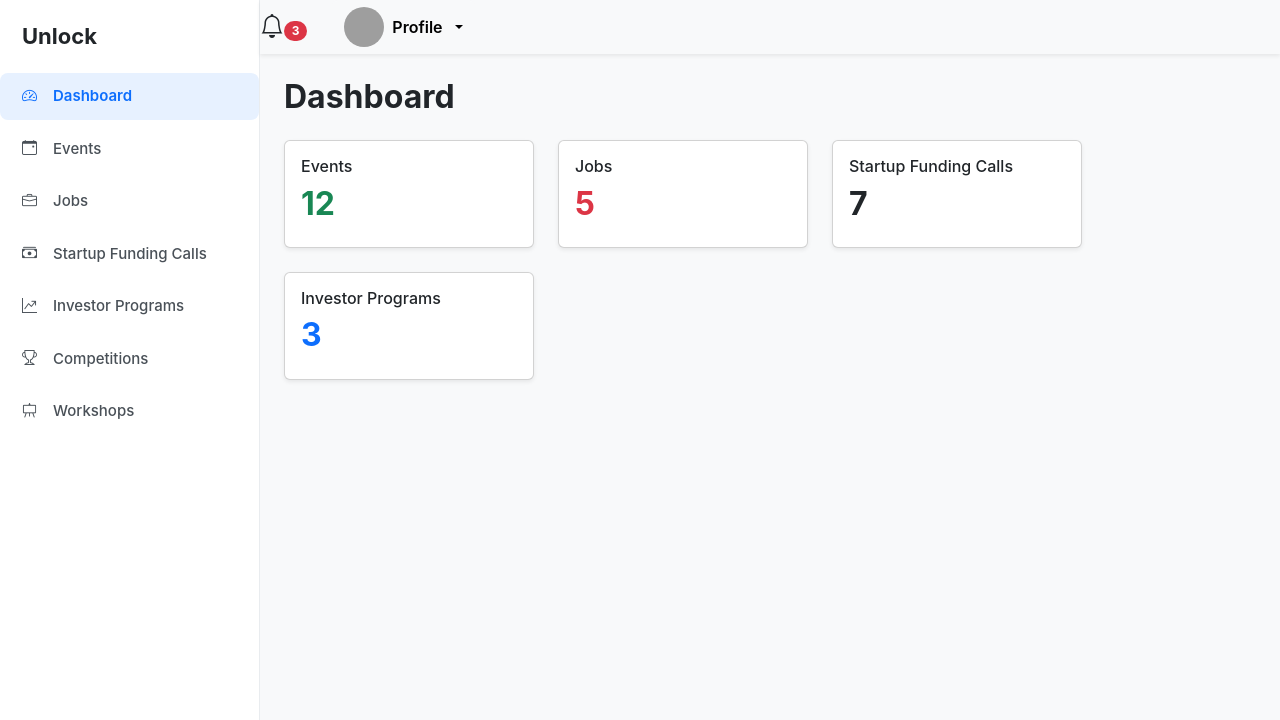
Repository: avmaurya07/unlock-dashboard
Page: /dashboard/publisher
The author's editor kept a copy of each file at every save. The page is drawn from the files as they stood at one save, then again after the next save.
The browser window is 1280 px wide. The pictures show the whole page.
Pictures or frames that could not be fetched are drawn as grey boxes. The project was rebuilt for these pictures with package versions that can differ from the ones it lists, and the page was loaded fresh each time. Also part of the build but not shown: vite.config.js, src/pages/Login.jsx, src/components/DashboardCard.jsx, src/pages/Events.jsx, src/pages/Jobs.jsx, src/pages/FundingCalls.jsx, src/pages/InvestorPrograms.jsx, src/pages/Competitions.jsx and 6 more.

Above is the page before, as saved 2025-12-28 17:15:37.

After the next save:
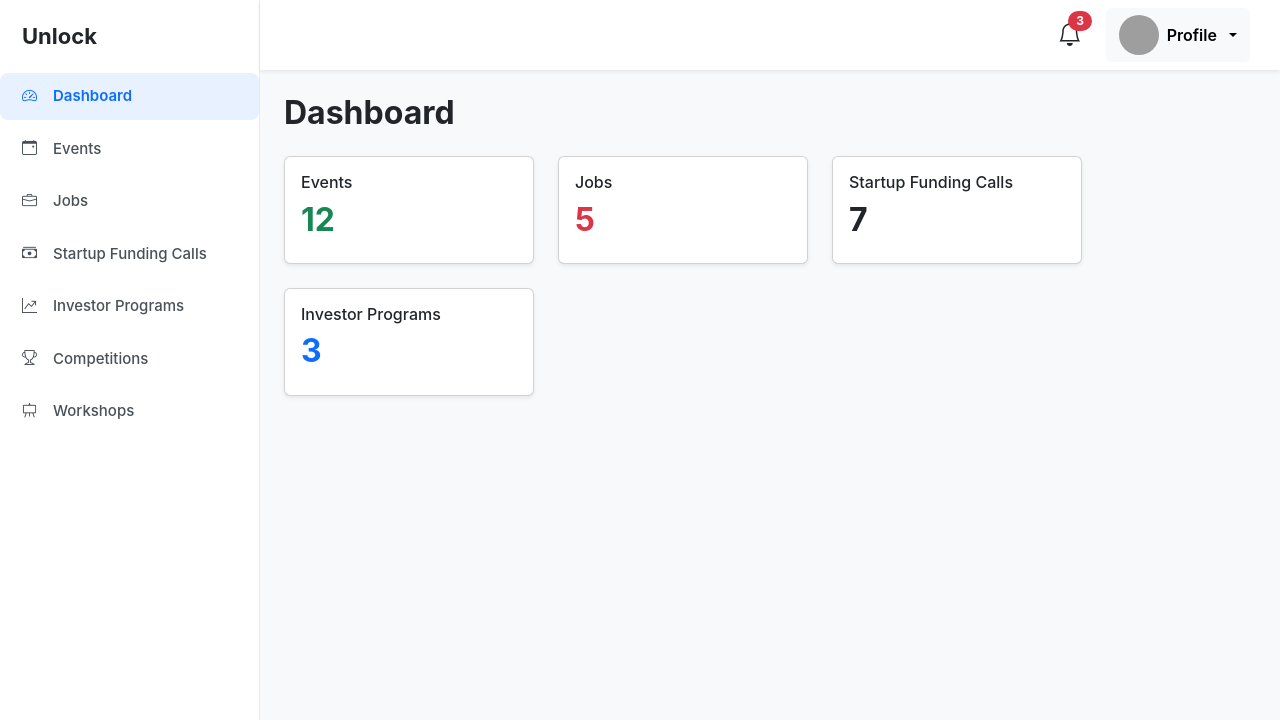
Saved 17 s later.
--- a/src/styles/theme.css
+++ b/src/styles/theme.css
@@ -82,3 +82,26 @@ h1, h2, h3, h4, h5 {
   color: #0d6efd !important;
   font-weight: 600;
 }
+
+
+/* ===== Topbar Ventic Style ===== */
+
+.topbar {
+  height: 70px;
+  background: #fff;
+  padding: 0 30px;
+  display: flex;
+  justify-content: space-between;
+  align-items: center;
+}
+
+.notification-wrapper {
+  cursor: pointer;
+}
+
+.notif-badge {
+  position: absolute;
+  top: -6px;
+  right: -10px;
+  font-size: 12px;
+}
